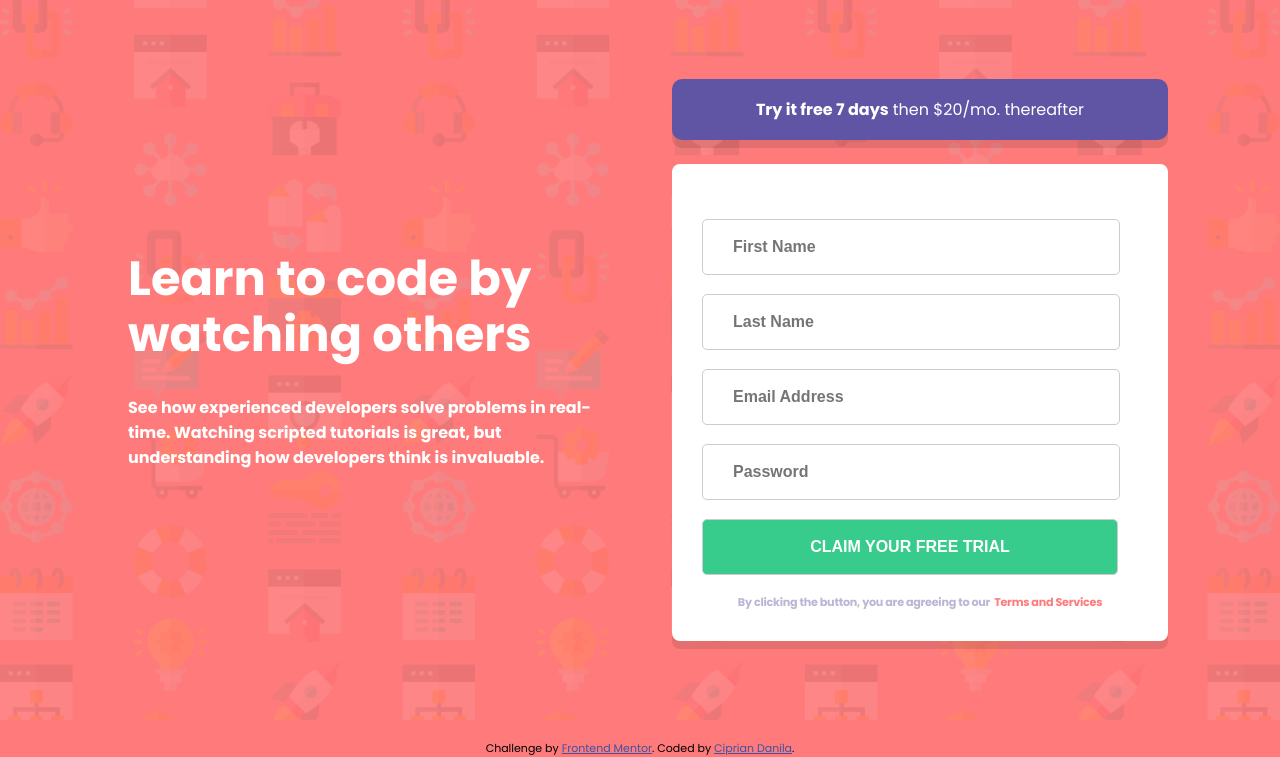
Repository: cipdanila/intro-component-with-sign-up-form
Page: index.html
These files come from the project's save history. The page is drawn as it stood at one moment and after the next save; the edit follows.
The browser window is 1280 px wide. The pictures show the whole page.

Above is the page before, as saved 2024-02-14 17:04:50.

After the next save:
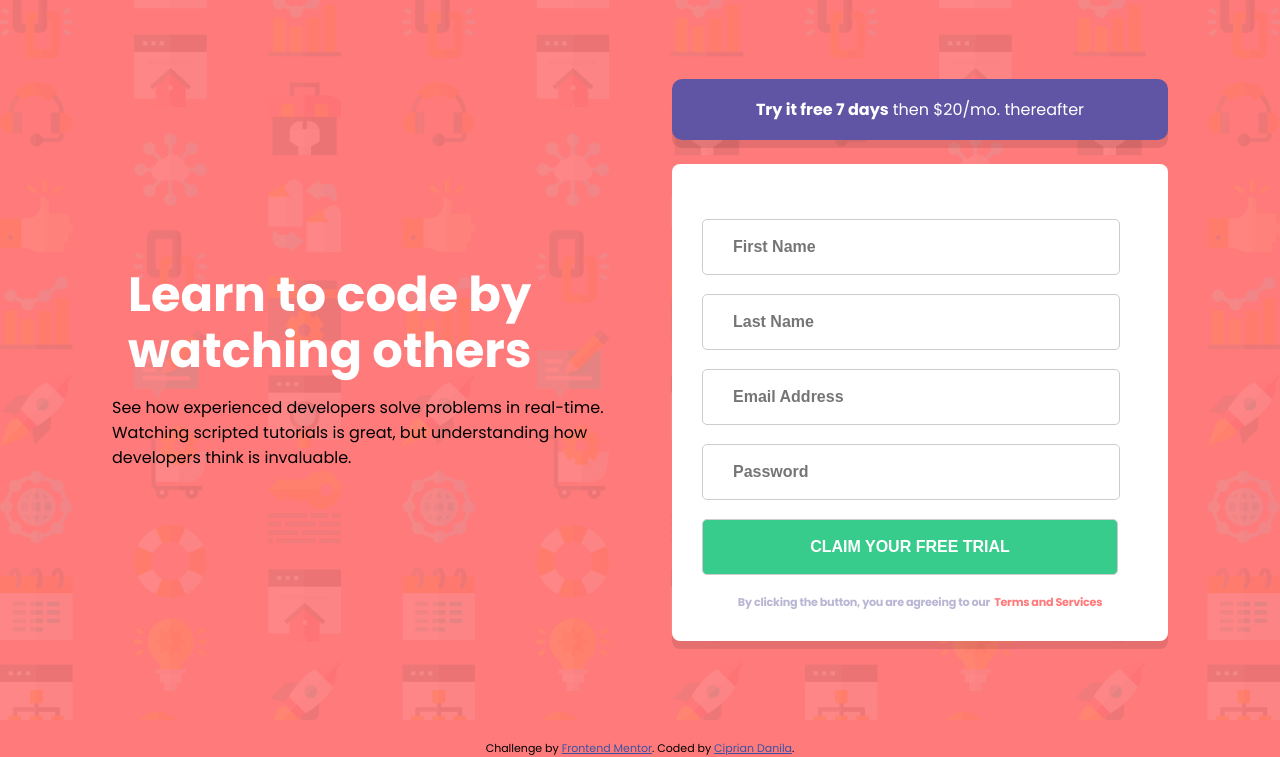
Saved 7 min 42 s later.
--- a/index.html
+++ b/index.html
@@ -12,7 +12,7 @@
     <body>
         <main>
             <div class="container">
-                <section class="info">
+                <section class="container-info">
                     <h1 class="learn">Learn to code by watching others</h1>
                     <p>
                         See how experienced developers solve problems in real-time. Watching scripted tutorials is great, but

After the save that followed:
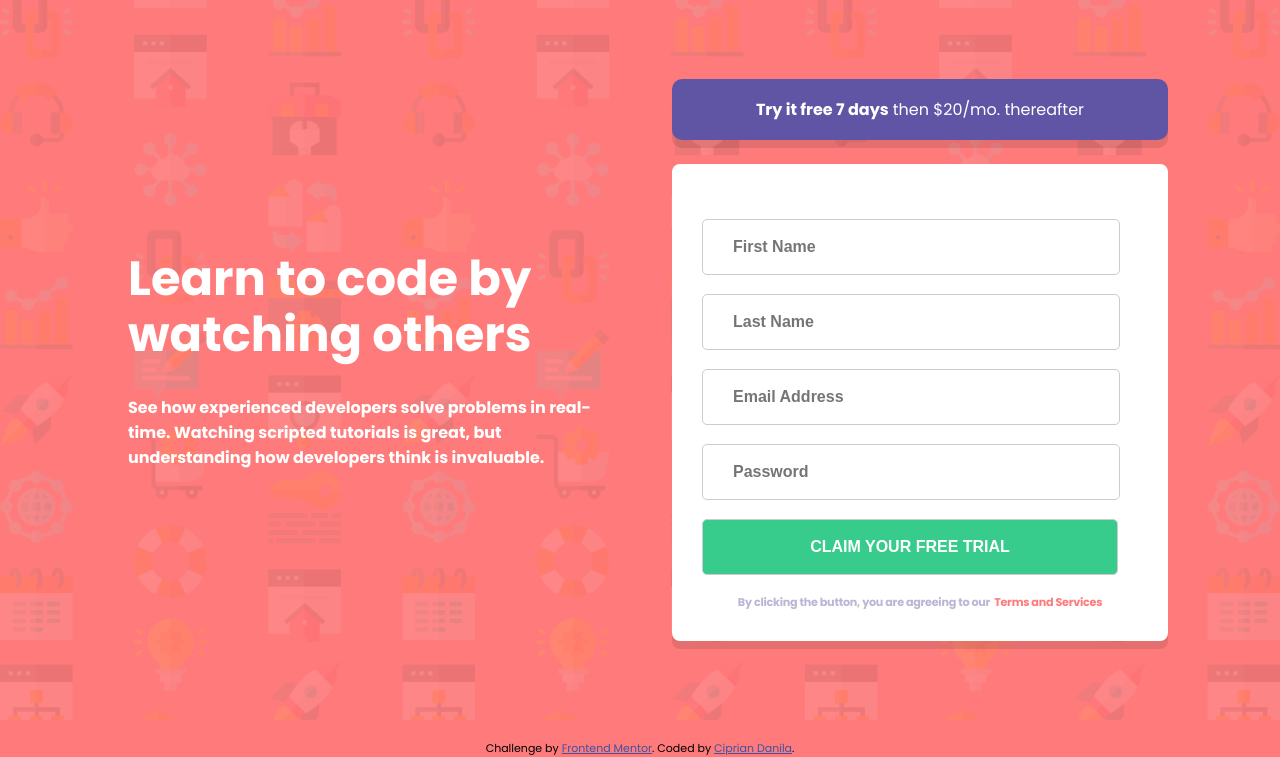
Saved 19 s later.
--- a/styles.css
+++ b/styles.css
@@ -70,7 +70,7 @@
     padding: 1rem;
 }
 
-.info p {
+.container-info p {
     color: var(--white);
     padding: 1rem;
     font-weight: 700;
